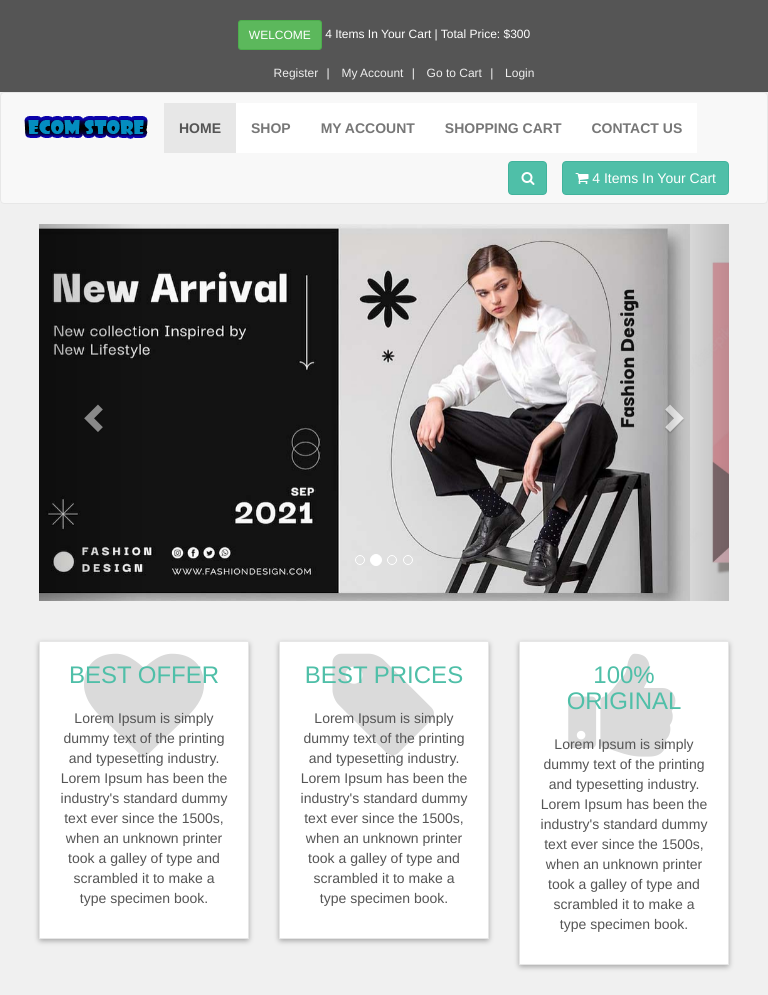
Repository: truonghuynhquy/M_Dev_Store
Page: http://localhost/
The author's editor kept a copy of each file at every save. The page is drawn from the files as they stood at one save, then again after the next save.
The browser window is 768 px wide. The pictures show the whole page.
The page is run by PHP 8.4 with error messages shown; the project is at /var/www/html/.

Above is the page before, as saved 2022-09-22 12:46:59.

After the next save:
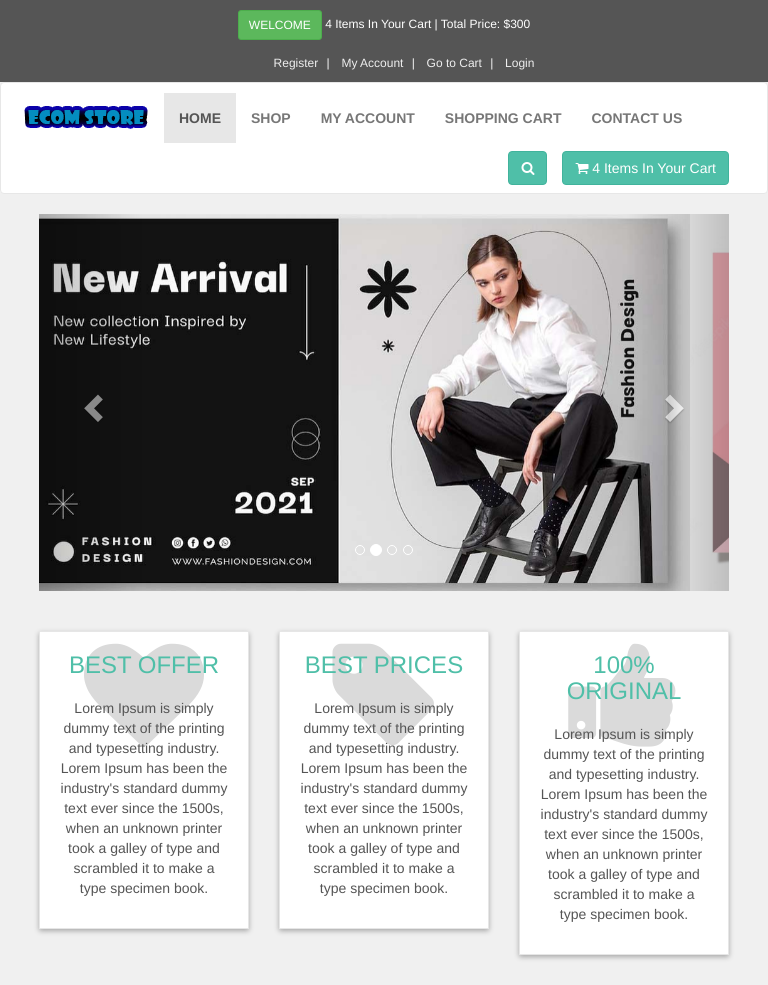
Saved 18 s later.
--- a/styles/style.css
+++ b/styles/style.css
@@ -1,58 +1,66 @@
-/* Generated Styles */
+/*
+Template Name     : M-Dev Store
+Author Name       : MrGhie
+Author Email      : mugianto1nd@gmail.com
+Theme URI         : www.m-dev-store.com | localhost/m-dev-store
+Theme Ver         : 1.1
+*/
 
-body {
+/* General Styles */
+
+body{
     font-size: 14px;
-    line-height: 1.428571429;
+    line-height: 1.42857143;
     color: #333333;
-    background-color: #f0f0f0;
-    overflow: hidden;
+    background: #f0f0f0;
+    overflow-x: hidden;
 }
 
 /* Top Styles */
 
-#top {
-    background-color: #555555;
+#top{
+    background: #555555;
     padding: 10px 0;
 }
-#top .offer {
+#top .offer{
     color: #ffffff;
 }
-#top .offer .btn {
+#top .offer .btn{
     text-transform: uppercase;
 }
-@media (max-width: 991px) {
-    #top .offer {
-        padding: 10px;
+@media(max-width: 991px){
+    #top .offer{
+        margin-bottom: 10px;
     }
 }
-@media (max-width: 991px) {
-    #top {
+@media(max-width: 991px){
+    #top{
         font-size: 12px;
         text-align: center;
     }
 }
-#top a {
+#top a{
     color: #ffffff;
 }
-#top ul.menu {
+#top ul.menu{
     padding-top: 5px;
     margin: 0px;
     text-align: right;
     font-size: 12px;
     list-style: none;
 }
-@media (max-width: 991px) {
-    #top ul.menu {
+@media(max-width: 991px){
+    #top ul.menu{
         text-align: center;
     }
 }
-#top ul.menu > li {
+#top ul.menu > li{
     display: inline-block;
 }
-#top ul.menu > li a {
+#top ul.menu > li a{
     color: #eeeeee;
 }
-#top ul.menu > li + li::before {
+#top ul.menu > li + li:before{
     content: "|\00a0";
     color: #f7f7f7;
     padding: 0 5px;
@@ -60,84 +68,71 @@ body {
 
 /* Header Styles */
 
-.nav {
+.navbar{
     background: #ffffff;
 }
-
-.navbar-collapse .right {
+.navbar-collapse .right{
     float: right;
 }
-
-.navbar-brand {
+.navbar-brand{
     float: left;
     padding: 10px 15px;
-    font-size: 20px;
+    font-size: 18px;
     line-height: 20px;
     height: 70px;
 }
-
 .navbar-brand:hover,
-.navbar-brand:focus {
+.navbar-brand:focus{
     text-decoration: none;
 }
-
-.navbar ul.nav > li > a {
+.navbar ul.nav > li > a{
     text-transform: uppercase;
     font-weight: bold;
     font-size: 14px;
 }
-
-.navbar ul.nav > li > a:hover {
-    background-color: #e7e7e7;
+.navbar ul.nav > li > a:hover{
+    background: #e7e7e7;
 }
-
-.padding-nav {
+.padding-nav{
     padding-top: 10px;
 }
-
-.btn-primary {
+.btn-primary{
     color: rgb(255, 255, 255);
     background: rgb(79, 191, 168);
     border-color: rgb(65, 179, 156);
 }
-
-#search .navbar-form {
+#search .navbar-form{
     float: right;
 }
-
-#search {
+#search{
     clear: both;
     border-top: solid 1px #9adacd;
     text-align: right;
 }
-
-#search .navbar-form .input-group {
+#search .navbar-form .input-group{
     display: table;
 }
-#search .navbar-form .input-group .form-control {
+#search .navbar-form .input-group .form-control{
     width: 100%;
 }
-
-#slider {
+#slider{
     margin-bottom: 40px;
 }
 
 /* advantages Styles */
 
-#advantages {
+#advantages{
     text-align: center;
 }
-
-#advantages .box {
+#advantages .box{
     background: #ffffff;
     margin: 0 0 30px;
     border: solid 1px #e6e6e6;
     box-sizing: border-box;
     padding: 20px;
-    box-shadow: 0px 2px 5px rgba(0, 0, 0, 0.3);
+    box-shadow: 0px 2px 5px rgba(0, 0, 0, .3);
 }
-
-#advantages .box .icon {
+#advantages .box .icon{
     position: absolute;
     font-size: 120px;
     width: 100%;
@@ -150,20 +145,20 @@ body {
     box-sizing: border-box;
     z-index: 1;
 }
-#advantages .box h3 {
+#advantages .box h3{
     position: relative;
     margin: 0 0 20px;
     font-weight: 300;
     text-transform: uppercase;
     z-index: 2;
 }
-#advantages .box h3 a {
+#advantages .box h3 a{
     color: #4fbfa8;
 }
-#advantages .box h3 a:hover {
+#advantages .box h3 a:hover{
     text-decoration: none;
 }
-#advantages .box p {
+#advantages .box p{
     position: relative;
     z-index: 2;
     color: #555555;
